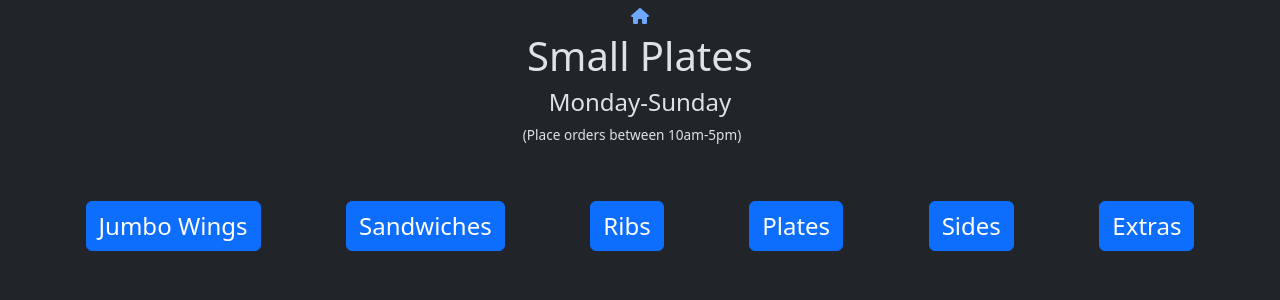
Repository: dukedward/smokehousemenu
Page: plates/index.html
These files come from the project's save history. The page is drawn as it stood at one moment and after the next save; the edit follows.
The browser window is 1280 px wide. The pictures show the whole page.
Some web libraries are served in a nearby version.

Above is the page before, as saved 2023-03-09 11:05:09.

After the next save:
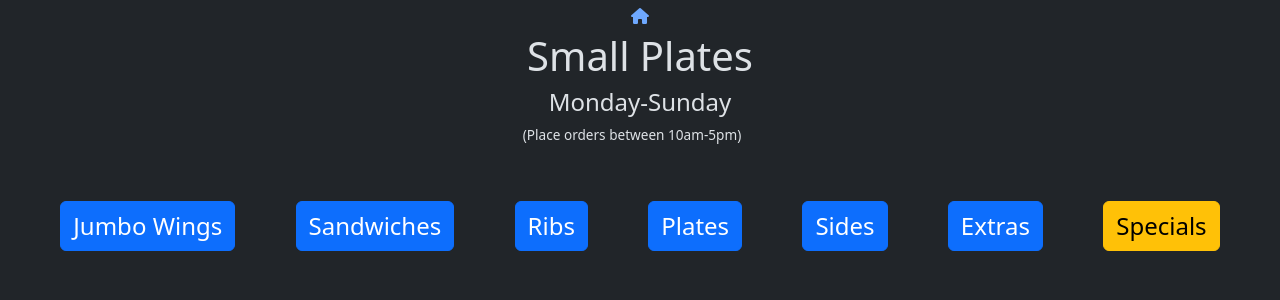
Saved 4 days later.
--- a/plates/index.html
+++ b/plates/index.html
@@ -38,6 +38,9 @@
         <button class="btn btn-primary btnReal">
             <span>Extras</span>
         </button>
+        <button class="btn btn-warning btnReal">
+            <span>Specials</span>
+        </button>
     </div>
     <div class="sections"></div>
     <script src="https://cdn.jsdelivr.net/npm/bootstrap@5.3.0-alpha1/dist/js/bootstrap.bundle.min.js" integrity="sha384-w76AqPfDkMBDXo30jS1Sgez6pr3x5MlQ1ZAGC+nuZB+EYdgRZgiwxhTBTkF7CXvN" crossorigin="anonymous"></script>
